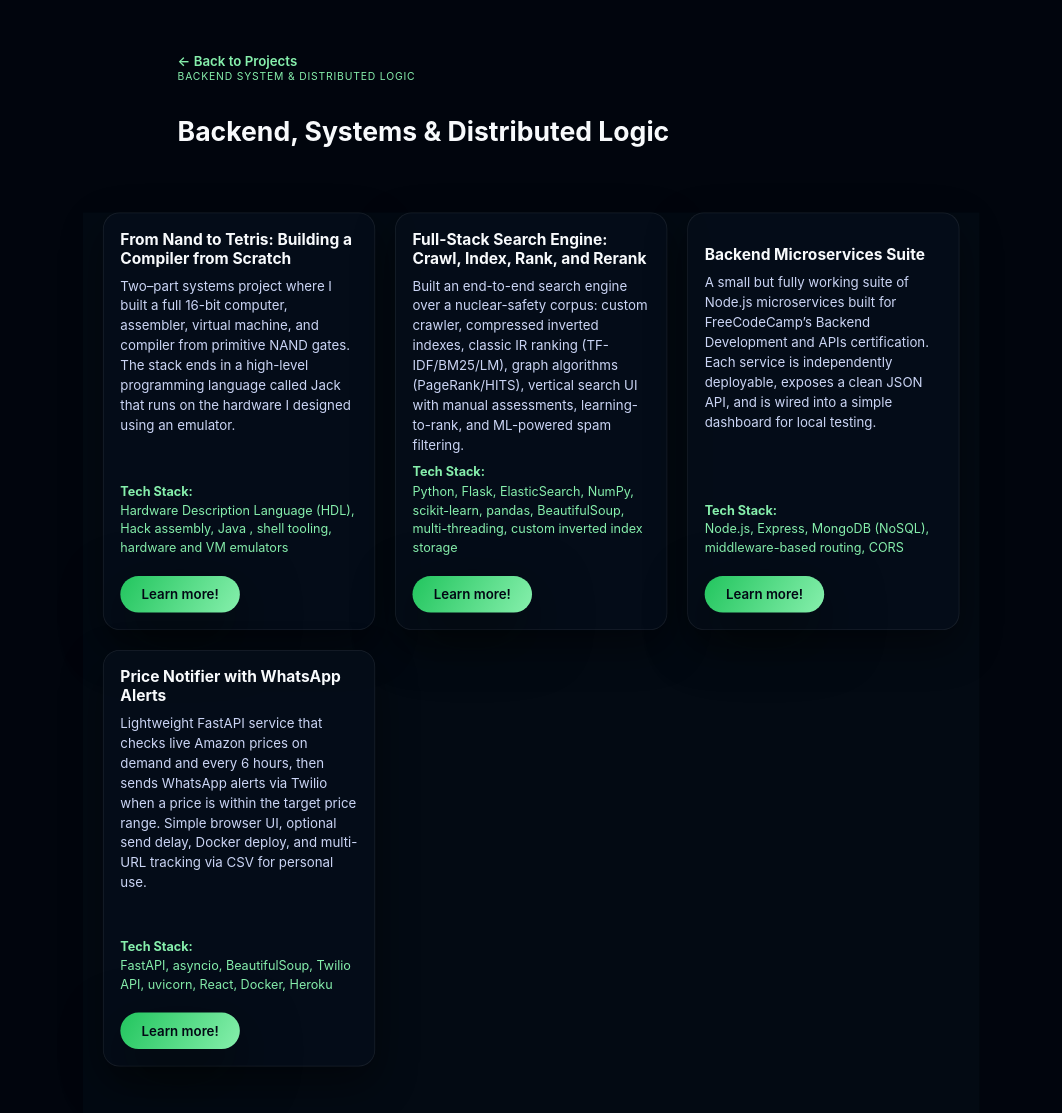
Repository: Abdulaziz-04/Abdulaziz-04.github.io
Page: projects/backend_systems.html
The author's editor kept a copy of each file at every save. The page is drawn from the files as they stood at one save, then again after the next save.
The browser window is 1280 px wide. The pictures show the whole page, at 83% of full size.

Above is the page before, as saved 2025-11-21 21:17:30.

After the next save:
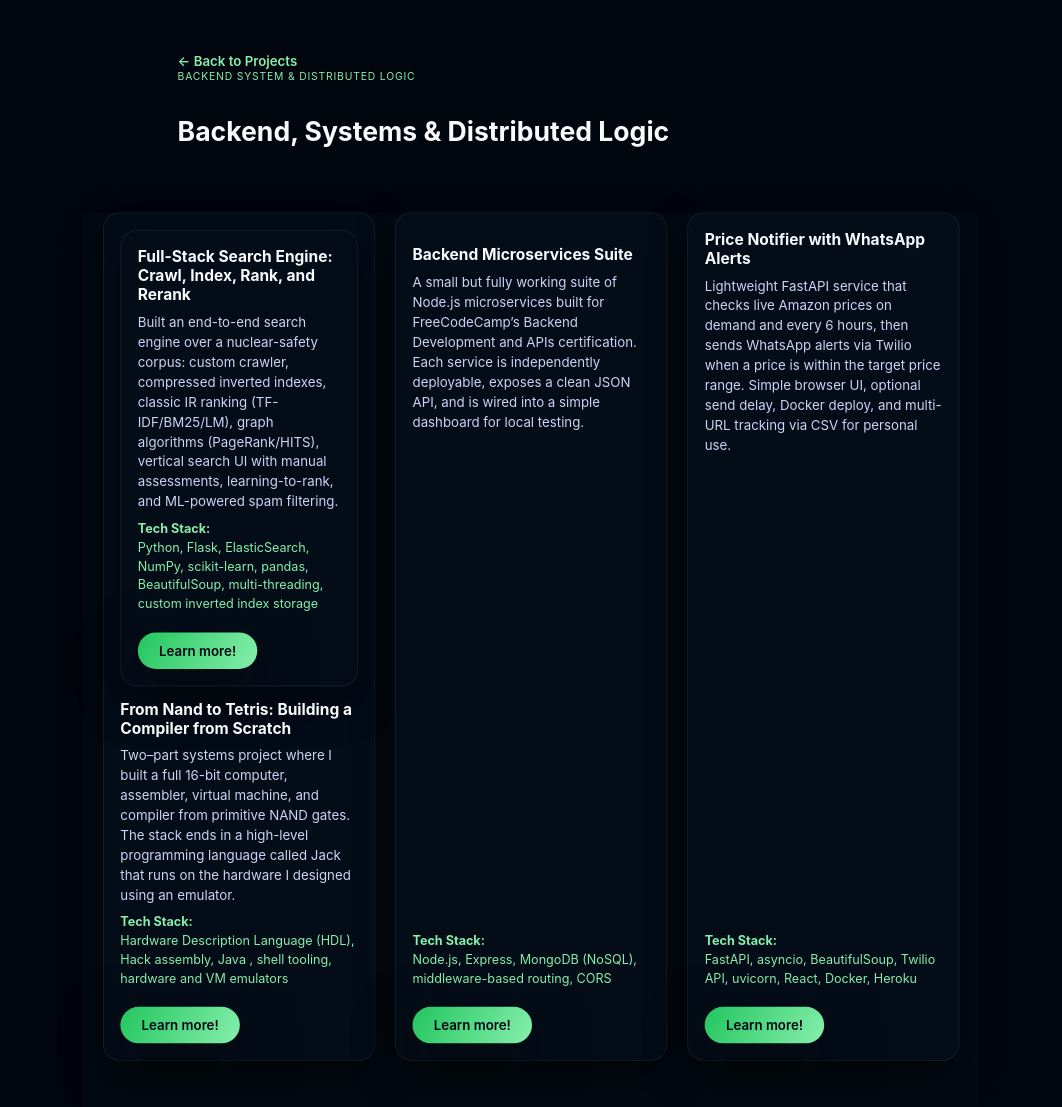
Saved 10 min 54 s later.
--- a/projects/backend_systems.html
+++ b/projects/backend_systems.html
@@ -20,6 +20,30 @@
     <main class="section category-section">
       <div class="project-modal-grid">
         <article class="project-modal-card">
+          <article class="project-modal-card">
+            <div class="project-modal__body">
+              <h3>Full-Stack Search Engine: Crawl, Index, Rank, and Rerank</h3>
+              <p class="project-modal__summary">
+                Built an end-to-end search engine over a nuclear-safety corpus:
+                custom crawler, compressed inverted indexes, classic IR ranking
+                (TF-IDF/BM25/LM), graph algorithms (PageRank/HITS), vertical
+                search UI with manual assessments, learning-to-rank, and
+                ML-powered spam filtering.
+              </p>
+              <p class="project-modal__tech">
+                <strong>Tech Stack:</strong>
+                Python, Flask, ElasticSearch, NumPy, scikit-learn, pandas,
+                BeautifulSoup, multi-threading, custom inverted index storage
+              </p>
+              <div class="project-modal__actions">
+                <a
+                  class="btn primary"
+                  href="../deepdives/backend_systems/search_engine/search_engine.html"
+                  >Learn more!</a
+                >
+              </div>
+            </div>
+          </article>
           <div class="project-modal__body">
             <h3>From Nand to Tetris: Building a Compiler from Scratch</h3>
             <p class="project-modal__summary">
@@ -37,30 +61,6 @@
               <a
                 class="btn primary"
                 href="../deepdives/backend_systems/nand2tetris/nand2tetris.html"
-                >Learn more!</a
-              >
-            </div>
-          </div>
-        </article>
-        <article class="project-modal-card">
-          <div class="project-modal__body">
-            <h3>Full-Stack Search Engine: Crawl, Index, Rank, and Rerank</h3>
-            <p class="project-modal__summary">
-              Built an end-to-end search engine over a nuclear-safety corpus:
-              custom crawler, compressed inverted indexes, classic IR ranking
-              (TF-IDF/BM25/LM), graph algorithms (PageRank/HITS), vertical
-              search UI with manual assessments, learning-to-rank, and
-              ML-powered spam filtering.
-            </p>
-            <p class="project-modal__tech">
-              <strong>Tech Stack:</strong>
-              Python, Flask, ElasticSearch, NumPy, scikit-learn, pandas,
-              BeautifulSoup, multi-threading, custom inverted index storage
-            </p>
-            <div class="project-modal__actions">
-              <a
-                class="btn primary"
-                href="../deepdives/backend_systems/search_engine/search_engine.html"
                 >Learn more!</a
               >
             </div>

After the save that followed:
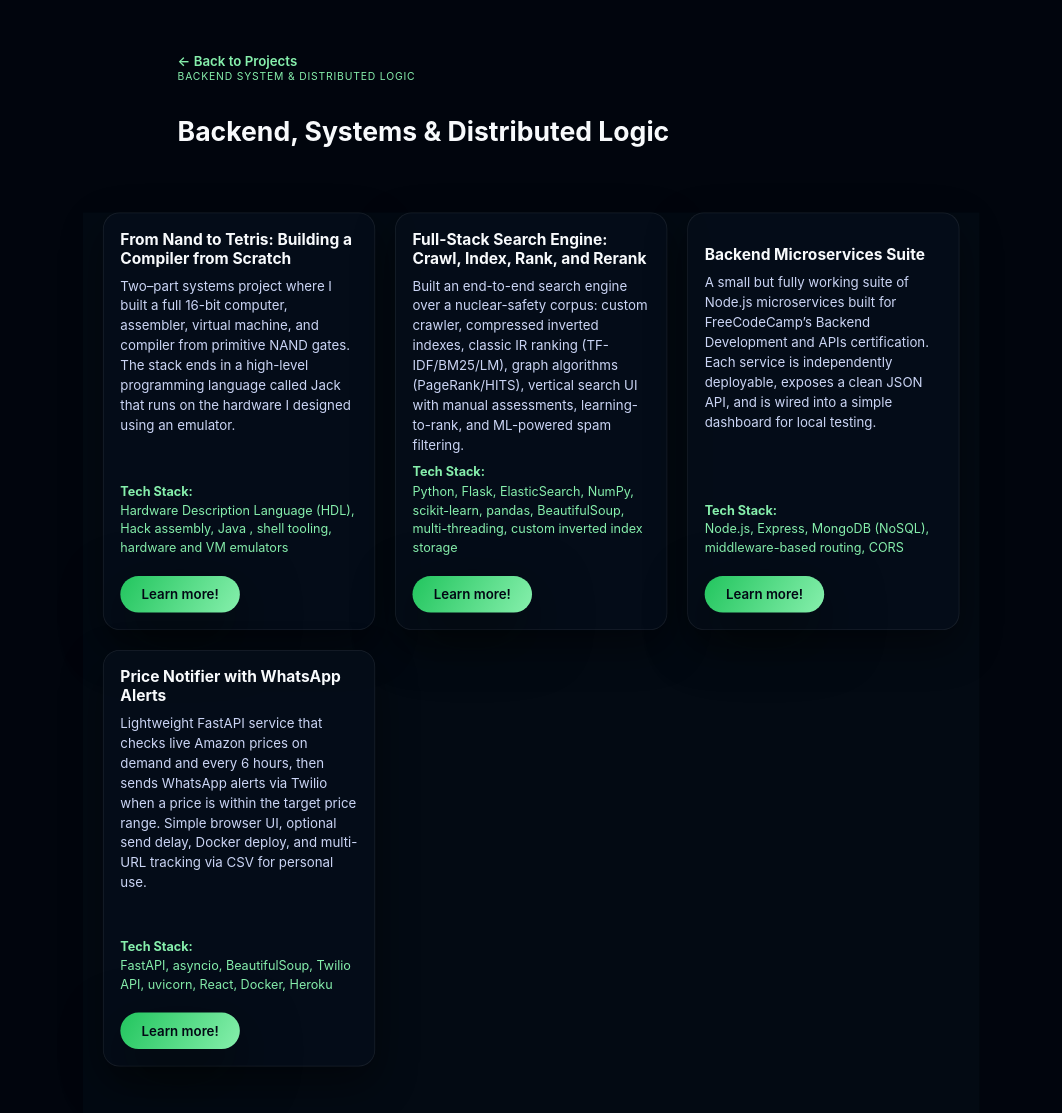
Saved 13 s later.
--- a/projects/backend_systems.html
+++ b/projects/backend_systems.html
@@ -20,30 +20,6 @@
     <main class="section category-section">
       <div class="project-modal-grid">
         <article class="project-modal-card">
-          <article class="project-modal-card">
-            <div class="project-modal__body">
-              <h3>Full-Stack Search Engine: Crawl, Index, Rank, and Rerank</h3>
-              <p class="project-modal__summary">
-                Built an end-to-end search engine over a nuclear-safety corpus:
-                custom crawler, compressed inverted indexes, classic IR ranking
-                (TF-IDF/BM25/LM), graph algorithms (PageRank/HITS), vertical
-                search UI with manual assessments, learning-to-rank, and
-                ML-powered spam filtering.
-              </p>
-              <p class="project-modal__tech">
-                <strong>Tech Stack:</strong>
-                Python, Flask, ElasticSearch, NumPy, scikit-learn, pandas,
-                BeautifulSoup, multi-threading, custom inverted index storage
-              </p>
-              <div class="project-modal__actions">
-                <a
-                  class="btn primary"
-                  href="../deepdives/backend_systems/search_engine/search_engine.html"
-                  >Learn more!</a
-                >
-              </div>
-            </div>
-          </article>
           <div class="project-modal__body">
             <h3>From Nand to Tetris: Building a Compiler from Scratch</h3>
             <p class="project-modal__summary">
@@ -61,6 +37,30 @@
               <a
                 class="btn primary"
                 href="../deepdives/backend_systems/nand2tetris/nand2tetris.html"
+                >Learn more!</a
+              >
+            </div>
+          </div>
+        </article>
+        <article class="project-modal-card">
+          <div class="project-modal__body">
+            <h3>Full-Stack Search Engine: Crawl, Index, Rank, and Rerank</h3>
+            <p class="project-modal__summary">
+              Built an end-to-end search engine over a nuclear-safety corpus:
+              custom crawler, compressed inverted indexes, classic IR ranking
+              (TF-IDF/BM25/LM), graph algorithms (PageRank/HITS), vertical
+              search UI with manual assessments, learning-to-rank, and
+              ML-powered spam filtering.
+            </p>
+            <p class="project-modal__tech">
+              <strong>Tech Stack:</strong>
+              Python, Flask, ElasticSearch, NumPy, scikit-learn, pandas,
+              BeautifulSoup, multi-threading, custom inverted index storage
+            </p>
+            <div class="project-modal__actions">
+              <a
+                class="btn primary"
+                href="../deepdives/backend_systems/search_engine/search_engine.html"
                 >Learn more!</a
               >
             </div>
